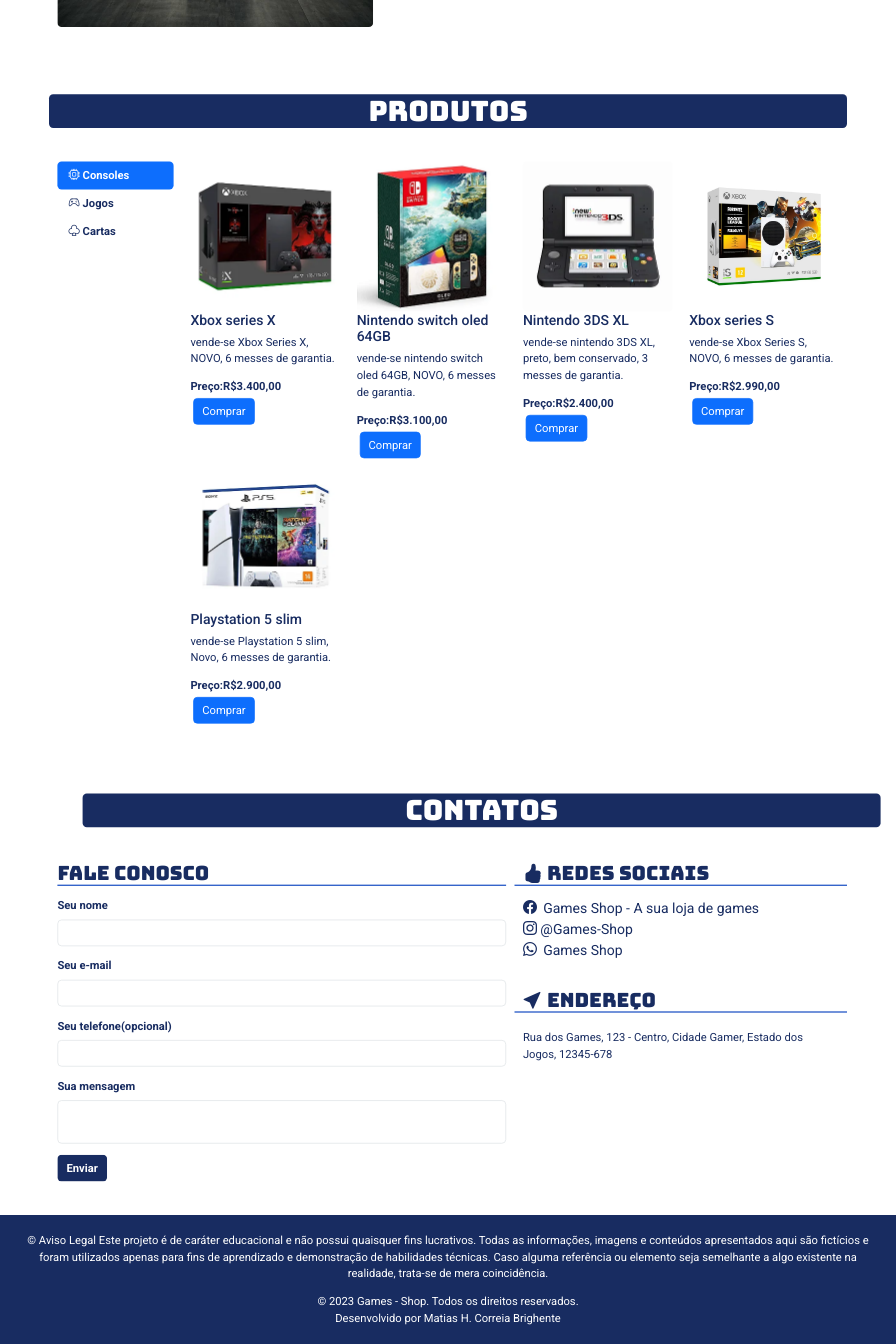
Repository: MatiasBrighent/GamesShop-Bootstrap
Page: index.html
These files come from the project's save history. The page is drawn as it stood at one moment and after the next save; the edit follows.
The browser window is 1280 px wide. The pictures show the part of the page from y = 1364 to 3284 px (the page is 3284 px tall before and 3196 px after), at 70% of full size.

Above is the page before, as saved 2025-06-22 20:04:23.

### index.html
<!DOCTYPE html>
<html lang="en">
<head>
    <meta charset="UTF-8">
    <meta name="viewport" content="width=device-width, initial-scale=1.0">
    <title>Games - Shop</title>
    <link rel="stylesheet" href="https://cdn.jsdelivr.net/npm/bootstrap@5.3.7/dist/css/bootstrap.min.css">
    <link rel="stylesheet" href="https://cdn.jsdelivr.net/npm/bootstrap-icons@1.13.1/font/bootstrap-icons.min.css">
    <link rel="preconnect" href="https://fonts.googleapis.com">
    <link rel="preconnect" href="https://fonts.gstatic.com" crossorigin>
    <link href="https://fonts.googleapis.com/css2?family=Bungee&family=Roboto:ital,wght@0,100..900;1,100..900&display=swap" rel="stylesheet">
    <link rel="stylesheet" href="style.css">
</head>
<body>
    <header class="navbar navbar-expand-lg  sticky-top p-4" id="header">
        <div class="container">
            <h1>Games - Shop</h1>
            <button type="button" class="navbar-toggler" data-bs-toggle="collapse" data-bs-target="#menu-nav">
                <span class="navbar-toggler-icon text-colored"></span>
            </button>
            <nav id="menu-nav" class="navbar-collapse collapse justify-content-end">
                <ul class="nav nav-pills d-block d-md-flex ">
                    <li class="nav-item fw-bold ">
                        <a class="nav-link " href="#sobre">
                            <i class="bi bi-house-door me-1"></i>
                            Sobre nós
                        </a>
                    </li>
                    <li  class="nav-item fw-bold">
                        <a class="nav-link" href="#produtos">
                            <i class="bi bi-basket me-1"></i>
                            Produtos
                        </a>
                    </li>
                    <li  class="nav-item fw-bold">
                        <a class="nav-link" href="#contato">
                            <i class="bi bi-chat-left-text me-1"></i>
                            Contato
                        </a>
                    </li>
            </nav>
        </div>
    </header>
    <div data-bs-spy="scroll" data-bs-target="header" data-bs-smooth-scroll="true">
        <section id="sobre">
            <div class="carousel slide" data-bs-ride="carousel" id="carousel">
                <div class="carousel-inner">
                    <div class="carousel-item active" data-bs-interval="3000">
                        <img class="w-100 " src="./images/slide/gameplay.jpg" alt="Gameplay de GTA V">
                    </div>
                    <div class="carousel-item active" data-bs-interval="3000">
                        <img class="w-100 " src="./images/slide/teclado+controle.jpg" alt="Teclado e um controle">
                    </div>
                    <div class="carousel-item active" data-bs-interval="3000">
                        <img class="w-100 " src="./images/slide/controles.jpg" alt="Dois controles de PS4">
                    </div>
                </div>
                <button type="button" class="carousel-control-prev" data-bs-target="#carousel" data-bs-slide="prev">
                    <span class="carousel-control-prev-icon"></span>
                </button>
                <button type="button" class="carousel-control-next" data-bs-target="#carousel" data-bs-slide="next">
                    <span class="carousel-control-next-icon"></span>
                </button>
                <div class="carousel-indicators">
                    <button type="button" data-bs-target="#carousel" data-bs-slide-to="0" class="active"></button>
                    <button type="button" data-bs-target="#carousel" data-bs-slide-to="1"></button>
                    <button type="button" data-bs-target="#carousel" data-bs-slide-to="2"></button>
                </div>
            </div>
            <div class="pt-5 pb-5">
                <div class="container">
                    <div class="row">
                        <div class="col-md-5">
                            <img src="images/Games-Shop.jpg" class="d-block w-100 rounded" alt="foto da nossa loja">
                        </div>
                        <div class="col-md-7 ">
                            <h2 class=" title  mt-md-0 text-colored">Sobre nossa loja</h2>
                            <p class="text-colored">
                                Bem-vindos à nossa pequena loja de videogames, um lugar onde a paixão pelos jogos reina! Gerenciada por uma equipe de amigos apaixonados, nossa loja oferece uma curadoria especial de jogos, desde clássicos atemporais até os lançamentos mais recentes. Aqui você encontra mais do que apenas jogos; encontra uma comunidade, um espaço para compartilhar experiências e descobrir novas aventuras.
                            </p>
                            <p class="text-colored">
                                Nosso objetivo é simples: compartilhar nossa paixão com você! Buscamos criar um ambiente acolhedor e divertido, onde todos se sintam bem-vindos, sejam jogadores experientes ou iniciantes. Explore nossa seleção cuidadosamente escolhida, converse com nossa equipe e encontre o seu próximo jogo favorito. Venha fazer parte da nossa comunidade gamer!
                            </p>
                        </div>
                    </div>
                </div>
            </div>
        </section>
        <section id="produtos" class="pt-5 pb-5">
            <div class="container">
                <div class="row">
                    <h1 class="section-title text-center mb-5 rounded">Produtos</h1>
                </div>
                <div class="row">
                    <aside class="col-md-2">
                        <nav class="nav nav-pills flex-column">
                            <button type="button" data-bs-toggle="tab" data-bs-target="#consoles" class="fw-bold text-start nav-link text-colored active">
                                <i class="bi bi-cpu"></i>
                                Consoles
                            </button>
                            <button type="button" data-bs-toggle="tab" data-bs-target="#jogo" class="fw-bold text-start nav-link text-colored">
                                <i class="bi bi-controller"></i>
                                Jogos
                            </button>
                            <button type="button" data-bs-toggle="tab" data-bs-target="#cartas" class="fw-bold text-start nav-link text-colored">
                                <i class="bi bi-suit-club"></i>
                                Cartas
                            </button>
                        </nav>
                    </aside>
                    <div class="col-md-10">
                        <div class="tab-content">
                            <div class="tab-pane active" id="consoles">
                                <div class="row">
                                    <div class="col-md-6 col-lg-3  text-colored produto">
                                        <img src="./images/produtos/consoles/Series X.webp" alt="Xbox Series X" class="img-fluid rounded">
                                        <h5>Xbox series X</h5>
                                        <p>
                                            vende-se Xbox Series X, NOVO, 6 messes de garantia.
                                        </p>
                                        <strong>Preço:R$3.400,00</strong>
                                        <div class="">
                                            <button type="button" class="btn btn-primary m-1">Comprar</button>
                                        </div>
                                    </div>
                                    <div class="col-md-6 col-lg-3 text-colored produto">
                                        <img src="./images/produtos/consoles/switch.webp" alt="Nintendo switch oled 64GB" class="img-fluid rounded">
                                        <h5>Nintendo switch oled 64GB</h5>
                                        <p>
                                            vende-se nintendo switch  oled 64GB, NOVO, 6 messes de garantia.
                                        </p>
                                        <strong>Preço:R$3.100,00</strong>
                                        <div class="">
                                            <button type="button" class="btn btn-primary m-1">Comprar</button>
                                        </div>
                                    </div>
                                    <div class="col-md-6 col-lg-3 text-colored produto">
                                        <img src="./images/produtos/consoles/3DS.webp" alt="Nintendo 3DS XL" class="img-fluid rounded">
                                        <h5>Nintendo 3DS XL</h5>
                                        <p>
                                            vende-se nintendo 3DS XL, preto, bem conservado, 3 messes de garantia.
                                        </p>
                                        <strong>Preço:R$2.400,00</strong>
                                        <div class="">
                                            <button type="button" class="btn btn-primary m-1">Comprar</button>
                                        </div>
                                    </div>
                                    <div class="col-md-6 col-lg-3 text-colored produto">
                                        <img src="./images/produtos/consoles/Series S.webp" alt="Xbox Series S" class="img-fluid rounded">
                                        <h5>Xbox series S</h5>
                                        <p>
                                            vende-se Xbox Series S, NOVO, 6 messes de garantia.
                                        </p>
                                        <strong>Preço:R$2.990,00</strong>
                                        <div class="">
                                            <button type="button" class="btn btn-primary m-1">Comprar</button>
                                        </div>
                                    </div>
                                    <div class="col-md-6 col-lg-3 text-colored produto">
                                        <img src="./images/produtos/consoles/PS5.webp" alt="Playstation 5 slim" class="img-fluid rounded">
                                        <h5>Playstation 5 slim</h5>
                                        <p>
                                            vende-se Playstation 5 slim, Novo, 6 messes de garantia.
                                        </p>
                                        <strong>Preço:R$2.900,00</strong>
                                        <div class="">
                                            <button type="button" class="btn btn-primary m-1">Comprar</button>
                                        </div>
                                    </div>
                                </div>
                            </div>
                            <div class="tab-pane" id="jogo">
                                <div class="row">
                                    <div class="col-md-6 col-lg-3 text-colored produto">
                                        <img src="./images/produtos/jogos/SmashBros.webp" alt="Super Smash Bros" class="img-fluid rounded">
                                        <h5>Super Smash Bros</h5>
                                        <p>
                                            jogo para diversão em família ou amigos, idade recomendada 10 anos.
                                        </p>
                                        <strong>Preço:R$349,00</strong>
                                        <div class="">
                                            <button type="button" class="btn btn-primary m-1">Comprar</button>
                                        </div>
                                    </div>
                                    <div class="col-md-6 col-lg-3 text-colored produto">
                                        <img src="./images/produtos/jogos/Zelda.webp" alt="the legend of Zelda Link's awakening" class="img-fluid rounded">
                                        <h5>the legend of Zelda Link's awakening</h5>
                                        <p>
                                            jogo tranquilo e relaxante, livre para todos.
                                        </p>
                                        <strong>Preço:R$349,00</strong>
                                        <div class="">
                                            <button type="button" class="btn btn-primary m-1">Comprar</button>
                                        </div>
                                    </div>
                                    <div class="col-md-6 col-lg-3 text-colored produto">
                                        <img src="./images/produtos/jogos/pokemonviolet.webp" alt="Pokemon Violet" class="img-fluid rounded">
                                        <h5>Pokemon Violet</h5>
                                        <p>
                                            jogo tranquilo e relaxante, livre para todos.
                                        </p>
                                        <strong>Preço:R$349,00</strong>
                                        <div class="">
                                            <button type="button" class="btn btn-primary m-1">Comprar</button>
                                        </div>
                                    </div>
                                    <div class="col-md-6 col-lg-3 text-colored produto">
                                        <img src="./images/produtos/jogos/eldenring.webp" alt="Elden Ring" class="img-fluid rounded">
                                        <h5>Elden Ring</h5>
                                        <p>
                                            Jogo desafiador, para testar sua determinação e saude mental, recomendado para masoquistas.
                                        </p>
                                        <strong>Preço:R$259,00</strong>
                                        <div class="">
                                            <button type="button" class="btn btn-primary m-1">Comprar</button>
                                        </div>
                                    </div>
                                    <div class="col-md-6 col-lg-3 text-colored produto ">
                                        <img src="./images/produtos/jogos/Jedi.webp" alt="Star Wars Jedi: fallen order" class="img-fluid rounded">
                                        <h5>Star Wars Jedi: fallen order</h5>
                                        <p>
                                            vende-se Star Wars Jedi: fallen order, temos versõos para playstation e xbox.
                                        </p>
                                        <strong>Preço:R$200,00</strong>
                                        <div class="">
                                            <button type="button" class="btn btn-primary m-1">Comprar</button>
                                        </div>
                                    </div>
                                </div>
                            </div>
                            <div class="tab-pane" id="cartas">
                                <div class="row">
                                    <div class="col-md-6 col-lg-3 text-colored produto">
                                        <img src="./images/produtos/cartas/baralho.jpg" alt="baralho" class="img-fluid rounded">
                                        <h5>Baralho de cartas</h5>
                                        <p>
                                            Um baralho de cartas tradicional, para diversão em família ou amigos, idade recomendada 10 anos.
                                        </p>
                                        <strong>Preço:R$20,00</strong>
                                        <div class="">
                                            <button type="button" class="btn btn-primary m-1">Comprar</button>
                                        </div>
                                    </div>
                                    <div class="col-md-6 col-lg-3 text-colored produto">
                                        <img src="./images/produtos/cartas/uno.jpg" alt="baralho de uno" class="img-fluid rounded">
                                        <h5>baralho de uno</h5>
                                        <p>
                                            Um baralho de uno, para diversão em família ou amigos, idade recomendada 10 anos.
                                        </p>
                                        <strong>Preço:R$34,00</strong>
                                        <div class="">
                                            <button type="button" class="btn btn-primary m-1">Comprar</button>
                                        </div>
                                    </div>
                                    <div class="col-md-6 col-lg-3 text-colored produto">
                                        <img src="./images/produtos/cartas/pokemon.tcg.jpg" alt="Pokemon tcg " class="img-fluid rounded">
                                        <h5>Pacote de cartas de Pokemon</h5>
                                        <p>
                                            Pacote de cartas de Pokemon, para diversão em família ou amigos, idade recomendada 10 anos.
                                        </p>
                                        <strong>Preço:R$349,00</strong>
                                        <div class="">
                                            <button type="button" class="btn btn-primary m-1">Comprar</button>
                                        </div>
                                    </div>
                                    <div class="col-md-6 col-lg-3 text-colored produto">
                                        <img src="./images/produtos/cartas/onepiece.tcg.jpg" alt="Pacote de cartas one piece" class="img-fluid rounded">
                                        <h5>Pacote de cartas One Piece</h5>
                                        <p>
                                            Pacote de cartas One Piece, para diversão em família ou amigos, idade recomendada 10 anos.
                                        </p>
                                        <strong>Preço:R$110,99</strong>
                                        <div class="">
                                            <button type="button" class="btn btn-primary m-1">Comprar</button>
                                        </div>
                                    </div>
                                </div>
                            </div>
                        </div>
                    </div>
                </div>
            </div>
        </section>
        <section id="contato">
            <div class="container">
                <div class="row">
                    <h1 class="section-title text-center rounded m-5">Contatos</h1>
                </div>
                <div class="row">
                    <div class="col-md-7 mb-5">
                        <h3 class="title mb-3">Fale conosco</h3>
                        <form action="">
                            <div class="mb-3">
                                <label for="nome" class="form-label fw-bold text-colored">Seu nome</label>
                                <input type="text" class="form-control">
                            </div>
                            <div class="mb-3">
                                <label for="email" class="form-label fw-bold text-colored">Seu e-mail</label>
                                <input type="email" class="form-control">
                            </div>
                            <div class="mb-3">
                                <label for="telefone" class="form-label fw-bold text-colored">Seu telefone(opcional)</label>
                                <input type="tel" class="form-control">
                            </div>
                            <div class="mb-3">
                                <label for="mensagem" class="form-label fw-bold text-colored">Sua mensagem</label>
                                <textarea type="text" class="form-control" id="mensagem"></textarea>
                            </div>
                            <button type="submit" class="btn  fw-bold">Enviar</button>
                        </form>
                    </div>
                    <div class="col-md-5">
                        <div class="row">
                            <h3 class="title mb-3">
                                <i class="bi bi-hand-thumbs-up-fill"></i>
                                Redes sociais
                            </h3>
                            <ul class="social-links">
                                <li class="fs-5 ">
                                    <a href="#">
                                        <i class="bi bi-facebook text-colored me-1"></i>
                                        Games Shop - A sua loja de games
                                    </a>
                                </li>
                                <li class="fs-5 ">
                                    <a href="#">
                                        <i class="bi bi-instagram text-colore me-1d"></i>
                                        @Games-Shop
                                    </a>
                                </li>
                                <li class="fs-5 ">
                                    <a href="#">
                                        <i class="bi bi-whatsapp text-colored me-1"></i>
                                        Games  Shop
                                    </a>
                                </li>
                            </ul>
                        </div>
                        <div class="row mt-4">
                            <h3 class="title mb-4">
                                <i class="bi bi-cursor-fill"></i>
                                Endereço
                            </h3>
                            <p class="text-colored">
                                Rua dos Games, 123 - Centro, Cidade Gamer, Estado dos Jogos, 12345-678
                        </div>
                    </div>
                </div>
            </div>
        </section>
        <footer class="text-center  p-4">
            <p>&copy; Aviso Legal Este projeto é de caráter educacional e não possui quaisquer fins lucrativos. Todas as informações, imagens e conteúdos apresentados aqui são fictícios e foram utilizados apenas para fins de aprendizado e demonstração de habilidades técnicas. Caso alguma referência ou elemento seja semelhante a algo existente na realidade, trata-se de mera coincidência.</p>
            <p class="mb-0">© 2023 Games - Shop. Todos os direitos reservados.</p>
            <p class="mb-0">Desenvolvido por Matias H. Correia Brighente</p>
    </div>

    <script src="https://cdn.jsdelivr.net/npm/bootstrap@5.3.7/dist/js/bootstrap.bundle.min.js"></script>
</body>
</html>

Loaded but not shown: style.css (87 lines, source omitted)

After the next save:
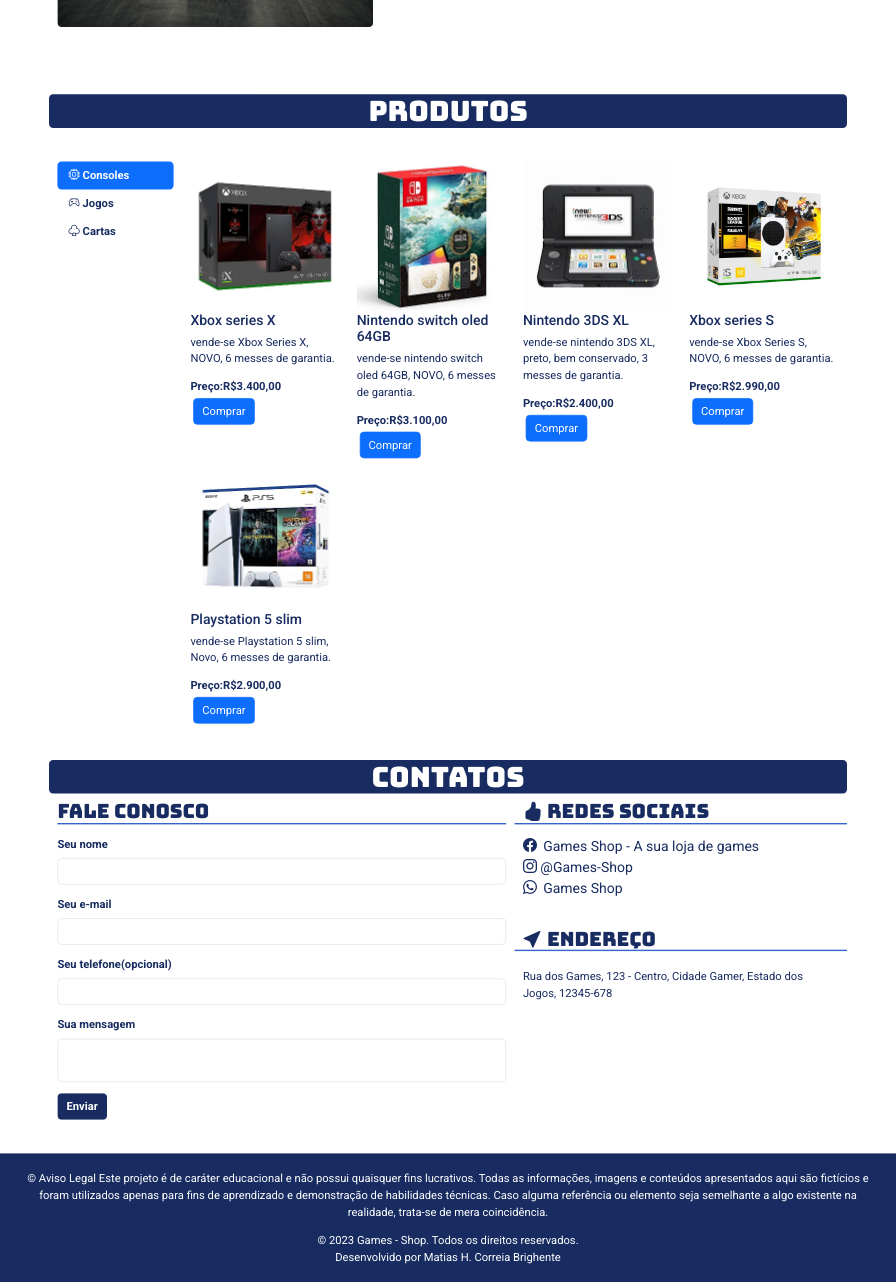
Saved 3 min 52 s later.
--- a/index.html
+++ b/index.html
@@ -284,7 +284,7 @@
         <section id="contato">
             <div class="container">
                 <div class="row">
-                    <h1 class="section-title text-center rounded m-5">Contatos</h1>
+                    <h1 class="section-title text-center rounded">Contatos</h1>
                 </div>
                 <div class="row">
                     <div class="col-md-7 mb-5">
